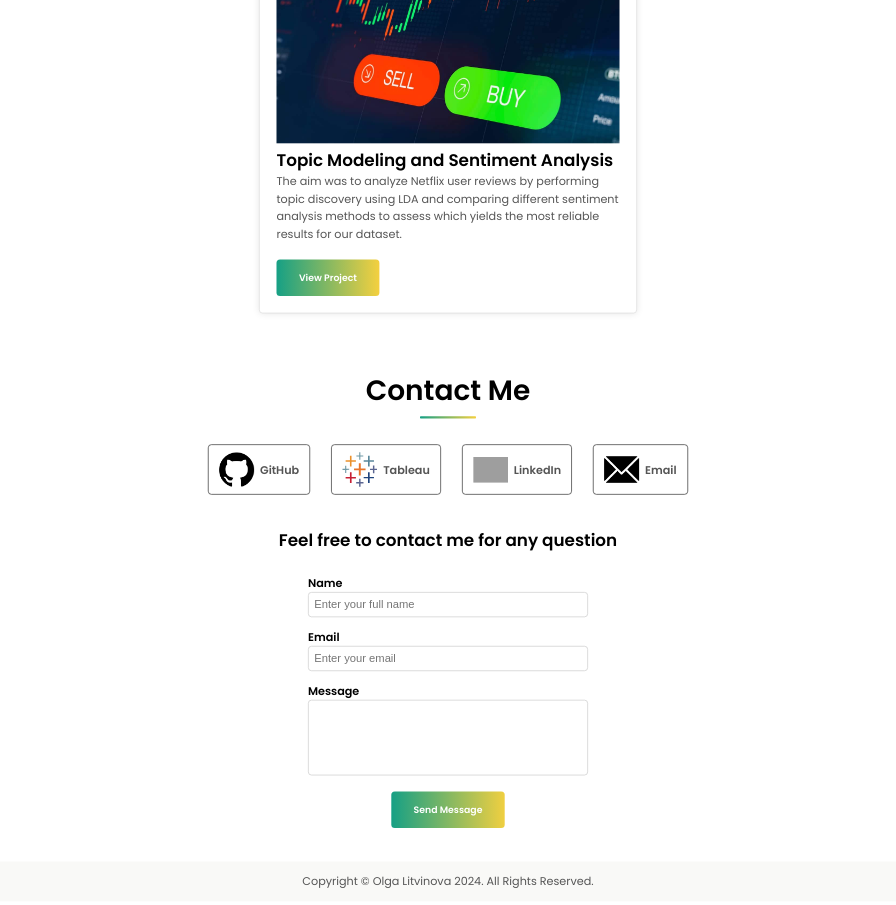
Repository: OlgaKuzminichna/CV
Page: index.html
The author's editor kept a copy of each file at every save. The page is drawn from the files as they stood at one save, then again after the next save.
The browser window is 1280 px wide. The pictures show the part of the page from y = 3584 to 5504 px (the page is 4877 px tall before and 5504 px after), at 70% of full size.
Pictures or frames that could not be fetched are drawn as grey boxes.

Above is the page before, as saved 2024-11-25 00:37:28.

### index.html
<!DOCTYPE html>
<html lang="en">
<head>
    <meta charset="UTF-8">
    <meta name="viewport" content="width=device-width, initial-scale=1.0">
    <title>Olga Litvinova | Data Analyst</title>
    <link rel="stylesheet" href="style.css">
    <link rel="icon" href="./images/logo2.png" type="image/x-icon">
    <script type="text/javascript" src="https://cdn.jsdelivr.net/npm/@emailjs/browser@3/dist/email.min.js"></script>
</head>
<body>
    <header>
        <nav id="navigation">
            <div class="site-header">
                <div class="site-logo">
                    <img src="./images/logo.png" alt="Olga Litvinova">
                </div>
                <ul class="link-list">
                    <li><a href="#home">HOME</a></li>
                    <li><a href="#about">ABOUT</a></li>
                    <li><a href="#skills">SKILLS</a></li>
                    <li><a href="#projects">PROJECTS</a></li>
                    <li><a href="#contact">CONTACT</a></li>
                    <!-- <li><a href="#resume">RESUME</a></li> -->
                </ul>
            </div>
        </nav>
        <nav id="responsive-nav">
            <div class="site-header">
                <div class="site-logo">
                    <img src="./images/logo.png" alt="Olga Litvinova">
                </div>
                <div class="hamburger-menu">
                    <div class="icon-toggle" onclick="toggleMenu()">
                        <span></span>
                        <span></span>
                        <span></span>
                    </div>
                    <div class="dropdown-links">
                        <li><a href="#home" onclick="toggleMenu()">HOME</a></li>
                        <li><a href="#about" onclick="toggleMenu()">ABOUT</a></li>
                        <li><a href="#skills" onclick="toggleMenu()">SKILLS</a></li>
                        <li><a href="#projects" onclick="toggleMenu()">PROJECTS</a></li>
                        <li><a href="#contact" onclick="toggleMenu()">CONTACT</a></li>
                        <!-- <li><a href="#resume" onclick="toggleMenu()">RESUME</a></li> -->
                    </div>
                </div>
            </div>
        </nav>
    </header>

    <main>
        <section id="home">
            <div class="intro-left">
                <p class="intro-text2">I am</p>
                <h1 class="primary-title">Olga Litvinova</h1>
                <p class="intro-role">Data Analyst </p>
                <div class="button-group">
                    <button class="main-btn" onclick="location.href='./index.html#projects'">
                        MY PROJECTS
                    </button>
                </div>
            </div>
            <div class="intro-right">
                <img src="./images/Litvinova.jpg" alt="Olga Litvinova Picture" />
            </div>
        </section>
        <section id="about">
            <h1 class="secondary-title">About me</h1>
            <div class="description-container">
                <p>
                    When I think about the greatest inspiration in my career as a Data Analyst, I would attribute it to a class I took in "Data Visualization and Statistical Modeling".
                    Learning about statistical tools and visualisation techniques opened my eyes to the fact that Data Analyst is not just about analyzing numbers but about bringing clarity and value through data storytelling—ultimately influencing outcomes and driving change.
                    Since then, I have been dedicated to furthering my skills in ML, statistical analysis, and visualization to make an impact across various industries.
                </p>
                <p>
                    <br>
                    By leveraging data-driven insights, I aim to simplify everyday workflows, enhance productivity, and find smarter ways to tackle routine challenges. From automating manual processes to optimizing decision-making, my focus lies in harnessing the power of data to make a meaningful impact on how we work and interact with technology in our daily lives.
                </p>

                <P>
                    <br>
                    Whether it's improving organizational efficiency, optimizing resource allocation, or simplifying complex tasks, I see data as a key tool in addressing these challenges. My skills in Data Science, Data Mining, and Predictive Analytics allow me to explore where and how to apply data solutions that are practical and impactful. The opportunity to solve these challenges using data is something that excites and motivates me every day.
                </P>
                <p>
                    <br>
                    I also thrive in environments where I can collaborate closely with diverse teams, while also being comfortable working independently to tackle complex analytical problems. My passion lies in applying my knowledge and skills to contribute meaningfully to projects, providing insights that drive efficiency and innovation. I bring a detail-oriented and curious mindset to all my work, always striving to contribute to the broader field of Data Science and its real-world applications.
                </p>

            </div>

            <div class="timeline">
                <svg width="1000" height="100">
                    <!-- Line -->
                    <line x1="0" y1="50" x2="1000" y2="50" style="stroke:black; stroke-width:1.5"></line>
                    <!-- 2020 Event -->
                    <circle cx="50" cy="50" r="10" stroke="#8fb9a1" stroke-width="6" fill="rgb(87, 174, 114)"></circle>
                    <text text-anchor="middle" x="50" y="80" fill="black">2020</text>
                    <text style="font-size:13" text-anchor="middle" x="180" y="30" fill="black">Commercial Control Analyst</text>
                    <text style="font-size:13; font-style: italic" text-anchor="middle" x="180" y="80" fill="#888888">Schneider Electric</text>


                    <circle cx="300" cy="50" r="10" stroke="#8fb9a1" stroke-width="6" fill="rgb(87, 174, 114)"></circle>
                    <text text-anchor="middle" x="300" y="80" fill="black">2022</text>
                    <text style="font-size:13" text-anchor="middle" x="430" y="30" fill="black">Data Transformation Manager</text>
                    <text style="font-size:13; font-style: italic" text-anchor="middle" x="430" y="80" fill="#888888">Schneider Electric</text>

                    <circle cx="550" cy="50" r="10" stroke="#8fb9a1" stroke-width="6" fill="rgb(87, 174, 114)"></circle>
                    <text text-anchor="middle" x="550" y="80" fill="black">2023</text>
                    <text style="font-size:13" text-anchor="middle" x="650" y="30" fill="black">Data Analyst</text>
                    <text style="font-size:13; font-style: italic" text-anchor="middle" x="650" y="80" fill="#888888">RWE</text>

                    <circle cx="750" cy="50" r="10" stroke="#8fb9a1" stroke-width="6" fill="rgb(87, 174, 114)"></circle>
                    <text text-anchor="middle" x="750" y="80" fill="black">2024</text>
                    <text style="font-size:13" text-anchor="middle" x="880" y="30" fill="black">Process Mining Analyst</text>
                    <text style="font-size:13; font-style: italic" text-anchor="middle" x="880" y="80" fill="#888888">Siemens Healthineers</text>
                </svg>
            </div>
        </section>


        <section id="skills">
            <h1 class="secondary-title">What I love to do</h1>
            <div class="description-container">

            </div>
            <div class="skill-article-group">
                <article class="skill-card">
                    <img src="./images/data-visualisation.png" alt="Data Visualization Icon" class="icon"/>
                    <div>
                        <h3>Data Visualization</h3>
                        <p>Presenting sales trends, customer segmentation, and operational KPIs through impactful visuals that help stakeholders understand numbers and make actionable business decisions.
                            <br> #Tableau #Power BI #Matplotlib
                        </p>
                    </div>
                </article>
                <article class="skill-card">
                    <img src="./images/data.png" alt="Data Analytics Icon" class="icon"/>
                    <div>
                        <h3>Data Analytics</h3>
                        <p>Skilled at leveraging data analytics to uncover hidden patterns, using tools like R, pandas, and NumPy to highlight trends and patterns.</p>
                    </div>
                </article>
                <article class="skill-card">
                    <img src="./images/brain.png" alt="Machine Learning Icon" class="icon"/>
                    <div>
                        <h3>Machine Learning</h3>
                        <p>Proficient in developing machine learning pipelines, including data preprocessing, feature engineering, and deploying deep learning models for predictive tasks.</p>
                    </div>
                </article>
                <article class="skill-card">
                    <img src="./images/automation.png" alt="Process Automation Icon" class="icon"/>
                    <div>
                        <h3>Process Automation</h3>
                        <p>Skilled in integrating Power Automate with existing business systems to enhance productivity, minimize errors, and optimize time-consuming processes.</p>
                    </div>
                </article>
                <article class="skill-card">
                    <img src="./images/excel.png" alt="Excel and VBA Macros Icon" class="icon"/>
                    <div>
                        <h3>Excel and VBA Macros</h3>
                        <p>Experienced in building interactive tools with Excel and VBA Macros to enhance productivity, and utilizing Power Query for efficient data preprocessing.</p>
                    </div>
                </article>
                <article class="skill-card">
                    <img src="./images/sql.png" alt="Databases Icon" class="icon"/>
                    <div>
                        <h3>Databases</h3>
                        <p>Proficient in designing and optimizing databases, including SQL environments like Microsoft SQL Server and NoSQL databases like MongoDB for scalability.</p>
                    </div>
                </article>
            </div>
        </section>
        <section id="projects">
            <h1 class="secondary-title">Projects</h1>
            <div class="project-group">
                <div class="project-detail-card">
                    <img src="./images/netflix.jpg" class="project-image"/>
                    <h2 class="project-title">Topic Modeling and Sentiment Analysis</h2>
                    <p>The aim was to analyze Netflix user reviews by performing topic discovery using LDA and comparing different sentiment analysis methods to assess which yields the most reliable results for our dataset.</p>
                    <div class="button-group">
                        <button class="main-btn project-btn"
                        onclick="location.href='https://github.com/OlgaKuzminichna/SentimentAnalysis'">View Project</button>
                    </div>
                </div>
            </div>
            <div class="project-group">
                <div class="project-detail-card">
                    <img src="./images/trading.jpg" class="project-image"/>
                    <h2 class="project-title">Topic Modeling and Sentiment Analysis</h2>
                    <p>The aim was to analyze Netflix user reviews by performing topic discovery using LDA and comparing different sentiment analysis methods to assess which yields the most reliable results for our dataset.</p>
                    <div class="button-group">
                        <button class="main-btn project-btn"
                        onclick="location.href='https://github.com/OlgaKuzminichna/SentimentAnalysis'">View Project</button>
                    </div>
                </div>

            </div>
        </section>

        <section id="contact">
            <h1 class="secondary-title">Contact Me</h1>

            <div class="social-media-buttons">
                <a href="https://github.com/OlgaKuzminichna" target="_blank" class="button github">
                    <img src="images/github.png" alt="GitHub Icon">
                    <span>GitHub</span>
                </a>
                <a href="https://public.tableau.com/app/profile/yourusername" target="_blank" class="button tableau">
                    <img src="images/tableau.svg" alt="Tableau Icon">
                    <span>Tableau</span>
                </a>
                <a href="https://www.linkedin.com/in/olga-l-7802b324b/" target="_blank" class="button linkedin">
                    <img src="images/linkedin.png" alt="LinkedIn Icon">
                    <span>LinkedIn</span>
                </a>
                <a href="mailto:litvinova2404@gmail.com" class="button email">
                    <img src="images/email.png" alt="Email Icon">
                    <span>Email</span>
                </a>
            </div>
            <form class="contact-form">
            <h2>Feel free to contact me for any question </h2>
            <div class="form-field">
                <label for="name">Name</label>
                <input type="text" id="name" placeholder="Enter your full name" required>
            </div>
            <div class="form-field">
                <label for="email">Email</label>
                <input type="email" id="email" placeholder="Enter your email" required>
            </div>
            <div class="form-field">
                <label for="message">Message</label>
                <textarea id="message" name="message" rows="5" required></textarea>
            </div>
            <button class="submit-btn form-field" onclick="sendMail()">Send Message</button>
            </form>

        </section>
        <footer>
            <p>Copyright &copy; Olga Litvinova 2024. All Rights Reserved.</p>
        </footer>
    </main>
    <script src="script.js"></script>
</body>
</html>

### style.css
@import url('https://fonts.googleapis.com/css2?family=Poppins:wght@300;400;500;600&display=swap');

* {
    margin: 0;
    padding: 0;
    box-sizing: border-box;
}

body {
    font-family: 'Poppins', sans-serif;
    margin: 0;
    padding: 0;
}

p {
    color: #555;
}

a, .btn {
    transition: color 0.5s ease, background-color 0.5s ease;
}

header {
    position: sticky;
    top: 0;
    background-color: white;
    padding: 0;
    z-index: 2;
}

.site-header {
    width: 100%;
    padding: 5px 0px;
    display: flex;
    align-items: center;
    justify-content: space-between;
    margin: 0 10rem;
}

nav {
    width: 100%;
    display: flex;
    align-items: center;
    box-shadow: 0 5px 5px -5px rgba(0,0,0,.2);
}

.link-list {
    list-style: none;
    display: flex;
    margin-right: 20px;
}

.link-list li {
    margin: 0 15px;
}

.site-logo img {
    max-width: 150px;
    height: auto;
}

a {
    color: black;
    text-decoration: none;
}

a:hover {
    color: rgb(87, 174, 114);
    text-decoration: underline;
    text-underline-offset: 1rem;
    text-decoration-color: rgb(87, 174, 114);
}

/* HAMBURGER MENU */

#responsive-nav {
    display: none;
}

.hamburger-menu {
    position: relative;
    display: inline-block;
}

.icon-toggle {
    display: flex;
    flex-direction: column;
    justify-content: space-between;
    height: 24px;
    width: 30px;
    cursor: pointer;
}

.icon-toggle span {
    width: 100%;
    height: 2px;
    background-color: black;
    transition: all 0.3 ease-in-out;
}

.dropdown-links {
    position: absolute;
    top: 100%;
    right: 0%;
    background-color: white;
    width: fit-content;
    max-height: 0;
    overflow: hidden;
    transition: all 0.3 ease-in-out;
}

.dropdown-links a {
    display: block;
    padding: 10px;
    text-align: center;
    font-size: 1.2rem;
    color: black;
    text-decoration: none;
    transition: all 0.3 ease-in-out;
}

.dropdown-links a:hover {
    color: rgb(87, 174, 114);
}

.dropdown-links li {
    list-style: none;
}

.dropdown-links.open {
    max-height: 300px;
}

.icon-toggle.open span:nth-child(1) {
    transform: rotate(45deg) translate(10px, 5px);
}

.icon-toggle.open span:nth-child(2) {
    opacity: 0;
}

.icon-toggle.open span:nth-child(3) {
    transform: rotate(-45deg) translate(10px, -5px);
}

.icon-toggle span:nth-child(1),
.icon-toggle span:nth-child(2),
.icon-toggle span:nth-child(3) {
    transform: none;
}

main {
    margin-top: 60px;
}

section {
    margin: 0 10rem;
    box-sizing: border-box;
    min-height: fit-content;
}

.section-container {
    display: flex;
}

/* HOME */

#home {
    display: flex;
    justify-content: center;
    align-items: center;
    gap: 5rem;
    height: 85vh;
}

.intro-right {
    display: flex;
    height: 475px;
    width: 475px;
    margin: auto 0;
}

.intro-right img {
    border-radius: 10px;
}

.intro-left {
    align-self: justify;
    text-align: justify;
}

.intro-left p {
    font-weight: 600;
}

.intro-text {
    text-align: center;
}

.intro-text2 {
    text-align: justify;
}

.intro-role {
    font-size: 1.5rem;
    margin-bottom: 1rem;
}

.primary-title {
    font-size: 3rem;
    text-align: center;
}

.button-group {
    margin-top: 1.5rem;
    text-align: justify;

}

.main-btn {
    background: linear-gradient(to right, #16A085 0%, #F4D03F  50%, #16A085  100%);
    background-size: 200% auto;
    font-family: 'Poppins', sans-serif;
    border: none;
    color: white;
    padding: 1rem 2rem;
    font-weight: 600;
    border-radius: 5px;
    cursor: pointer;
    transition: background-color 0.3s ease, transform 0.2s ease;
}


.main-btn:hover {
    background-position: right center;
    transition: 0.5s;
    color: #fff;
    text-decoration: none;
    transform: scale(1.05);
}

/* ABOUT */

#about {
    padding-top: 5rem ;
    text-align: center;
}

.secondary-title {
    font-size: 2.5rem;
    position: relative;
}

.secondary-title::after {
    content: "";
    position: absolute;
    bottom: -10px;
    left: 50%;
    transform: translateX(-50%);
    width: 80px;
    height: 3.5px;
    background: linear-gradient(to right, #16A085 0%, #F4D03F  100%, #16A085  100%);
    border-radius: 1px;
}

.description-container {
    margin: 2rem auto;
}

.description-container p {
    color: #555;
    line-height: 1.6;
    text-align: left;
}

/* TIMELINE */

.timeline {
    text-align: center;
    padding: 0px;
    flex: 0 0 100%;
    max-width: 90%;
}




/* SKILLS */

#skills {
    padding-top: 5rem ;
    text-align: center;
}

.skill-article-group {
    display: flex;
    flex-wrap: wrap;
    justify-content: space-around;
    gap: 2.5rem;
}
.skill-article-group > * {
    min-width: 20vw;
}

.skill-card {
    display: flex;
    flex-direction: column;
    align-items: center;
    max-width: 320px;
    text-align: center;
}

.skill-card .icon {
    cursor: pointer;
    height: 90px;
    margin-bottom: 1rem;
}

.skill-card h3 {
    font-size: 1.5rem;
    color: #333;
}

.skill-card p {
    color: #777;
    line-height: 1.5;
    text-align: justify;
}

/* PROJECTS */

#projects {
    padding-top: 5rem ;
    text-align: center;
}

.project-group {
    display: flex;
    flex-wrap: wrap;
    justify-content: space-around;
    gap: 3.5rem;
    margin-top: 2rem;
}

.project-detail-card {
    background-color: white;
    border: 1px solid #ddd;
    border-radius: 5px;
    padding: 1.5rem;
    max-width: 540px;
    text-align: left;
    box-shadow: 0px 0px 10px rgba(0, 0, 0, 0.1);
    transition: transform 0.2s ease-in-out;
}

.project-detail-card:hover {
    transform: scale(1.02);
    box-shadow: 0px 0px 15px rgba(0, 0, 0, 0.2);
}

.project-image {
    max-width: 100%;
    height: auto;
}



/* CONTACT */

#contact {
    padding-top: 5rem ;
    text-align: center;

    margin: 0 auto;
}

/* CONTACT - social media links*/

.social-media-buttons {
    display: flex;
    justify-content: center;
    margin: 2rem;
}

.social-media-buttons .button {
    display: flex;
    align-items: center;
    justify-content: center;
    padding: 10px 15px;
    margin:15px;
    border-radius: 5px;
    text-decoration: none;
    font-family: 'Poppins', sans-serif;
    font-weight: bold;
    color: #555;
    transition: background-color 0.3s;
    border: 1px solid #333;
}

.social-media-buttons .button img {
    width: 50px;
    max-height: 100px;
    margin-right: 8px;
}


.social-media-buttons .button:hover {
    background: linear-gradient(to right, #16A085 0%, #F4D03F  200%, #16A085  100%);
    transform: scale(1.05);
    color: #fff;
}


/* CONTACT - Form */
.form-field {
    margin-bottom: 1rem;
}

.contact-form h2 {
    font-size: 1.5rem;
    margin:2rem;
}

label {
    display: block;
    font-weight: 600;
    margin-bottom: 0.5rem;
    text-align: justify;
    max-width: 400px;
    margin: 0 auto;
}

.form-field input,
.form-field textarea {
    max-width: 400px;
    width: 100%;
    padding: 0.5rem;
    font-size: 1rem;
    border: 1px solid #ccc;
    border-radius: 5px;
}

textarea {
    resize: none;
}

.submit-btn {
    background: linear-gradient(to right, #16A085 0%, #F4D03F  51%, #16A085  100%);
    background-size: 200% auto;
    border: none;
    color: white;
    padding: 1rem 2rem;
    font-weight: 600;
    border-radius: 5px;
    cursor: pointer;
    transition: background-color 0.3s ease, transform 0.2s ease;
    font-family: 'Poppins', sans-serif;
    margin-bottom: 3rem;

}

.submit-btn:hover {
    background-color: #57AE72;
    transform: scale(1.05);

}


/* FOOTER */

footer {
    padding: 1rem 0;
    text-align: center;
    background-color: #F9F9F7;
}

footer p {
    margin: 0;
}

footer p::before {
    font-size: 1.2rem;
    margin-right: 0.5rem;
}

/* RESPONSIVE STYLES */

@media screen and (max-width: 1400px) {
    #home {
        height: 83vh;
        margin-bottom: 6rem;
    }
}

@media screen and (max-width: 1200px) {
    #navigation {
        display: none;
    }
    #responsive-nav {
        display: flex;
    }
    section, .section-container {
        height: fit-content;
    }
    section {
        margin: 0 5%;
    }
    .intro-right {
        width: 275px;
        height: 275px;
        margin: 0 auto 2rem;
    }
    .project-group {
        gap: 2rem;
    }
    footer {
        padding: 1rem 0;
    }
    footer p {
        font-size: 0.7rem;
    }
}

@media (max-width: 999px) {
    .timeline {
        display: none;
    }
}

@media screen and (max-width: 768px) {
    .site-header {
        padding: 15px 20px;
        justify-content: space-between;
    }
    .icon-toggle {
        width: 25px;
    }
    .site-logo img {
        max-width: 35px;
    }
    .primary-title, .secondary-title {
        font-size: 1.6rem;
    }
}

@media screen and (max-width: 600px) {
    main {
        margin-top: 40px;
    }
}

### script.js
function toggleMenu() {
    const menu = document.querySelector(".dropdown-links");
    const icon = document.querySelector(".icon-toggle");
    menu.classList.toggle("open");
    icon.classList.toggle("open");
}

function sendMail() {
    var params = {
        name: document.getElementById("name").value,
        email: document.getElementById("email").value,
        message: document.getElementById("message").value
    };

    emailjs
    .send("service_20pigze", "template_jm79tde", params)
    .then((res) => {
        document.getElementById("name").value = "";
        document.getElementById("email").value = "";
        document.getElementById("message").value = "";
        console.log(res);
        alert("Message sent successfully!");
    })
    .catch((err) => console.log(err));
}

After the next save:
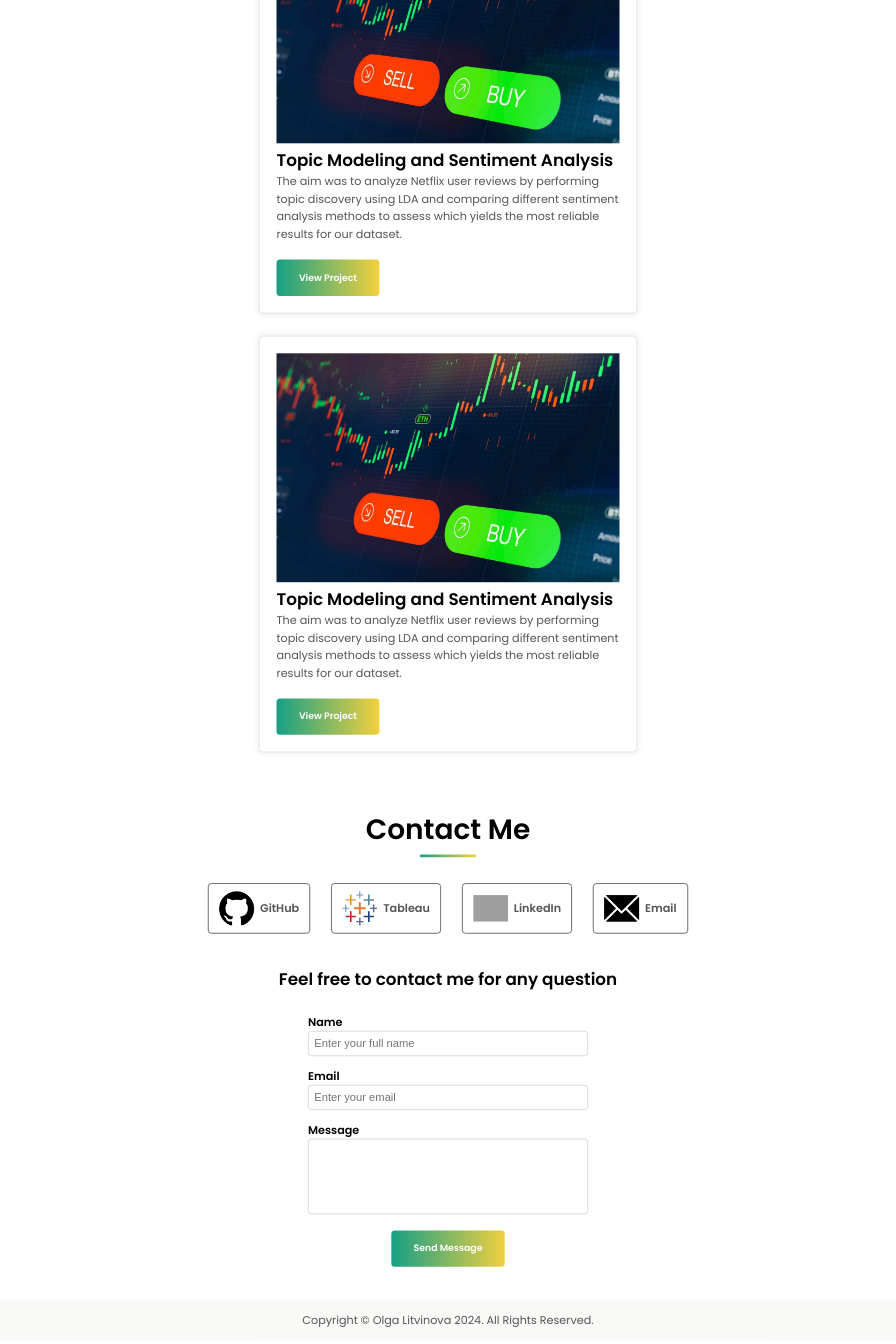
Saved 24 s later.
--- a/index.html
+++ b/index.html
@@ -196,6 +196,18 @@
                 </div>
 
             </div>
+            <div class="project-group">
+                <div class="project-detail-card">
+                    <img src="./images/trading.jpg" class="project-image"/>
+                    <h2 class="project-title">Topic Modeling and Sentiment Analysis</h2>
+                    <p>The aim was to analyze Netflix user reviews by performing topic discovery using LDA and comparing different sentiment analysis methods to assess which yields the most reliable results for our dataset.</p>
+                    <div class="button-group">
+                        <button class="main-btn project-btn"
+                        onclick="location.href='https://github.com/OlgaKuzminichna/SentimentAnalysis'">View Project</button>
+                    </div>
+                </div>
+
+            </div>
         </section>
 
         <section id="contact">
